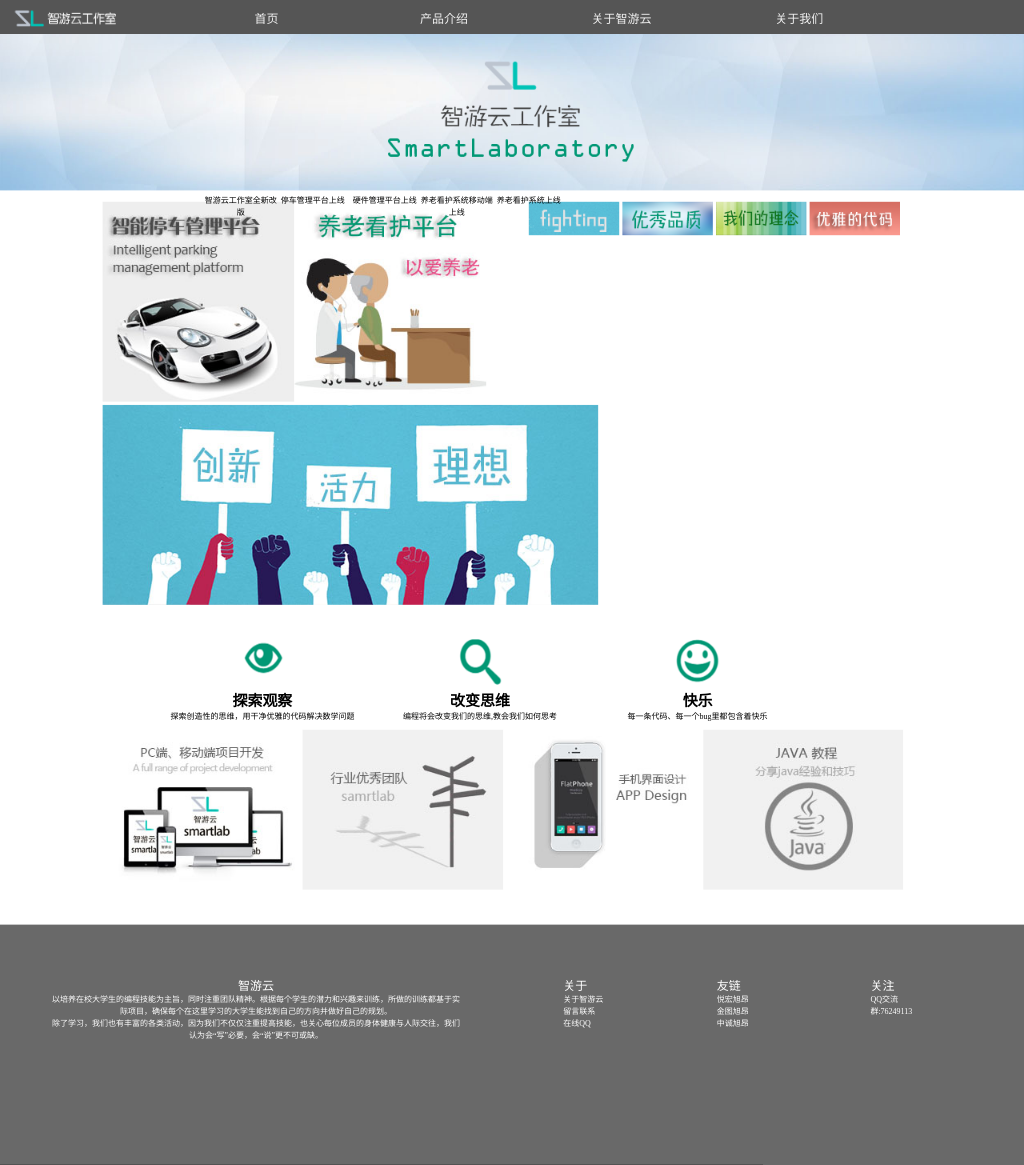
Repository: dakai1234/webTest
Page: 智游云1/index/index.html
An editor plug-in stored every save of this project. The page is shown before and after the next save, followed by the edit.
The browser window is 1280 px wide. The pictures show the whole page, at 80% of full size.

Above is the page before, as saved 2021-04-10 09:18:22.

### 智游云1/index/index.html
<!DOCTYPE html>
<html lang="en">

<head>
    <meta charset="UTF-8">
    <meta http-equiv="X-UA-Compatible" content="IE=edge">
    <meta name="viewport" content="width=device-width, initial-scale=1.0">
    <link rel="stylesheet" href="index.css">
    <link rel="stylesheet" href="../footerCss/footer.css">
    <link rel="stylesheet" href="../headerCss/header.css">
    <title>首页</title>

</head>

<body>
    <div class="header">
        <a href="images/logo.png"><img class="logo_img" src="../about/images/logo.png"></a>
        <a href="index.html"> 首页 </a>
        <a href="../product/product.html"> 产品介绍 </a>
        <a href="../about/about.html"> 关于智游云 </a>
        <a href="#"> 关于我们 </a>
    </div>

    <div class="banner_img">
        <img class="bannerName_img" src="images/bannerName.png">
    </div>

    <div class="new_content">
        <p>智游云工作室全新改版</p>
        <p>停车管理平台上线</p>
        <p>硬件管理平台上线</p>
        <p>养老看护系统移动端上线</p>
        <p>养老看护系统上线</p>
    </div>

    <div class="content_img">
        <div class="introduce"><img src="images/introduce1.jpg" /></div>
        <div class="introduce"><img src="images/introduce2jpg.jpg" /></div>
        <div class="introduce"><img src="images/s1.jpg" /></div>
        <div class="tip">
            <img src="images/tip1.png" />
            <img src="images/tip2.png" />
            <img src="images/tip3.png" />
            <img src="images/tip4.png" />
        </div>
    </div>

    <div class="title">
        <div class="title_content">
            <img src="images/photo1.png" />
            <h3>探索观察</h3>
            <p>探索创造性的思维，用干净优雅的代码解决数学问题</p>
        </div>
        <div class="title_content">
            <img src="images/photo2.png" />
            <h3>改变思维</h3>
            <p>编程将会改变我们的思维,教会我们如何思考</p>
        </div>
        <div class="title_content">
            <img src="images/photo3.png" />
            <h3>快乐</h3>
            <p>每一条代码、每一个bug里都包含着快乐</p>
        </div>
    </div>

    <div class="content_img">
        <div class="introduce"><img src="images/one.jpg" /></div>
        <div class="introduce"><img src="images/two.jpg" /></div>
        <div class="introduce"><img src="images/three.jpg" /></div>
        <div class="introduce"><img src="images/four.jpg" /></div>
    </div>

    <div class="footer">
        <div class="footer_inner">
            <div class="text">
                <span>智游云</span>
                <p>
                    以培养在校大学生的编程技能为主旨，同时注重团队精神。根据每个学生的潜力和兴趣来训练，所做的训练都基于实际项目，确保每个在这里学习的大学生能找到自己的方向并做好自己的规划。
                </p>
                <p>
                    除了学习，我们也有丰富的各类活动，因为我们不仅仅注重提高技能，也关心每位成员的身体健康与人际交往，我们认为会“写”必要，会“说”更不可或缺。
                </p>
            </div>
        </div>
        <div class="footer_inner">
            <div class="text_intro">
                <span>关于</span>
                <p>关于智游云</p>
                <p>留言联系</p>
                <p>在线QQ</p>
            </div>
            <div class="text_intro">
                <span>友链</span>
                <p>悦宏旭昂</p>
                <p>金图旭昂</p>
                <p>中诚旭昂</p>
            </div>
            <div class="text_intro">
                <span>关注</span>
                <p>QQ交流群:76249113</p>
            </div>

        </div>
    </div>

</body>

</html>

### 智游云1/index/index.css
.banner_img {
    margin-top: 3%;
    text-align: center;
    background: url(images/banner.jpg) no-repeat;
    background-size: 100% 200px;
}

.new_content {
    position: absolute;
    padding: 0% 20%;
    overflow: auto;
    text-align: center;
}

.new_content p {
    display: block;
    font-size: 10px;
    width: 20%;
    float: left;
}

.new_content p:hover {
    color: aquamarine
}

.content_img {
    padding: 0% 8% 0% 10%;
    margin-top: 10px;
    overflow: auto;
}

.introduce {
    float: left;
    overflow: auto;
    text-align: center;
}

.tip {
    text-align: center;
}

.title {
    padding-left: 15%;
    margin-top: 3%;
    overflow: hidden;
}

.title_content {
    width: 25%;
    float: left;
    text-align: center;
}

.title_content p {
    font-size: 10px;
}

### 智游云1/footerCss/footer.css
.footer {
    margin: 40px 0px 0px 0px;
    width: 100%;
    height: 300px;
    background-color: #000;
    overflow: auto;
    box-sizing: border-box;
    position: relative;
}

.footer_inner {
    width: 50%;
    color: #FFF;
    height: 300px;
    background-color: dimgray;
    float: left;
}

.text {
    padding: 10% 10%;
    text-align: center;
    font-size: 10px;
    font-weight: lighter;
}

.text span {
    font-size: 15px;
}

.text p:hover {
    color: #000;
}

.text_intro {
    padding: 10% 10%;
    width: 10%;
    font-size: 10px;
    font-weight: lighter;
    float: left;
}

.text_intro span {
    font-size: 15px;
}

.text_intro p:hover {
    color: #000;
}

### 智游云1/headerCss/header.css
* {
    margin: 0;
    padding: 0;
}

.header {
    margin: 0 auto;
    background-color: #555;
    width: 100%;
    overflow: auto;
    position: fixed;
    top: 0;
}

.header a {
    float: left;
    width: 15%;
    color: #f2f2f2;
    text-align: center;
    padding: 12px 15px 8px 15px;
    text-decoration: none;
    font-size: 15px;
}

.header a:hover {
    color: #333;
}

.header a:active {
    color: #333;
}

.logo_img {
    float: left;
    width: 70%;
}

After the next save:
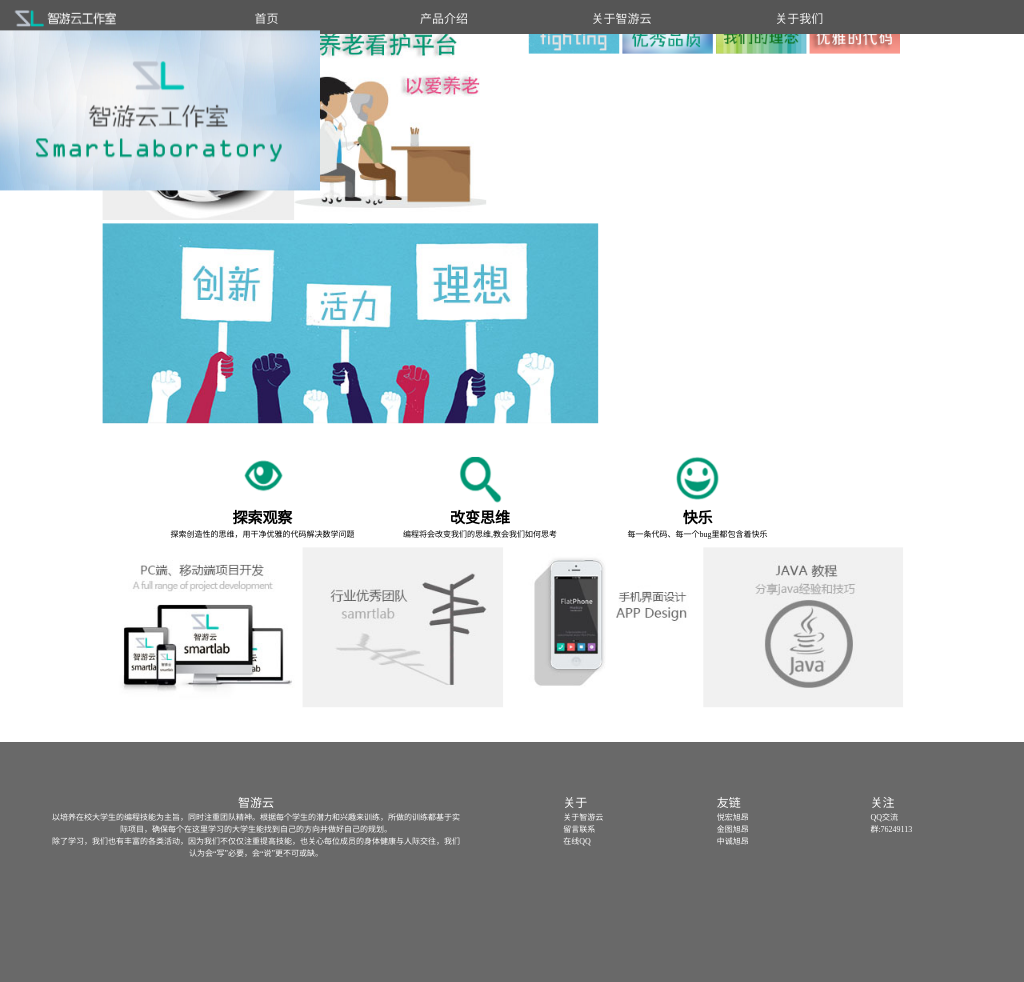
Saved 41 s later.
--- a/智游云1/index/index.css
+++ b/智游云1/index/index.css
@@ -1,12 +1,12 @@
 .banner_img {
     margin-top: 3%;
     text-align: center;
+    position: absolute;
     background: url(images/banner.jpg) no-repeat;
     background-size: 100% 200px;
 }
 
 .new_content {
-    position: absolute;
     padding: 0% 20%;
     overflow: auto;
     text-align: center;
